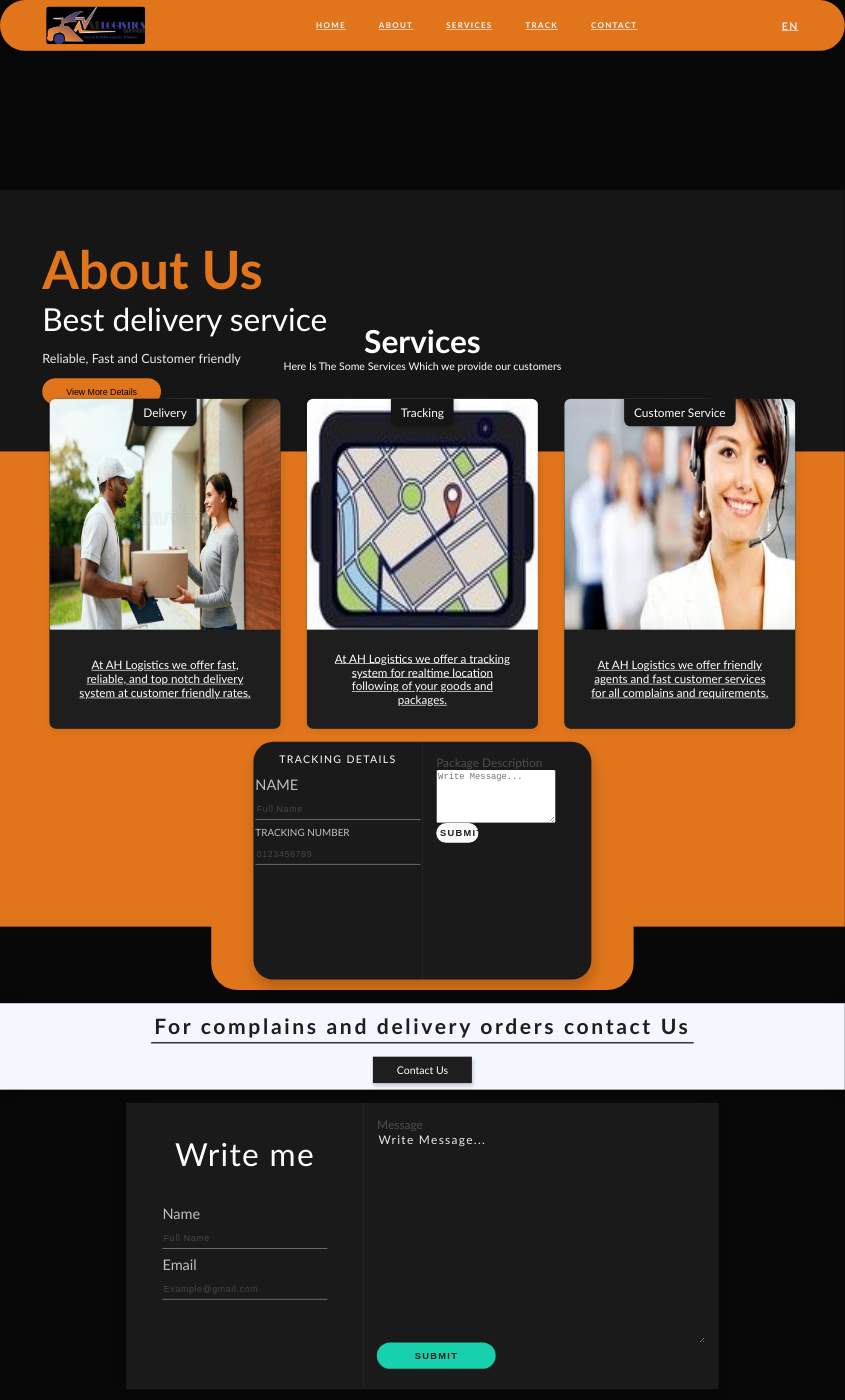
Repository: TheSecretlifeOfX/Ah-Logistics
Page: index.html
The author's editor kept a copy of each file at every save. The page is drawn from the files as they stood at one save, then again after the next save.
The browser window is 1280 px wide. The pictures show the whole page, at 66% of full size.

Above is the page before, as saved 2022-03-02 16:19:20.

### index.html
<html>
<head>
<meta charset="utf-8">
<meta http-equiv="X-UA-Compatible" content="IE-edge">
<meta name="viewport" content="width=device-width, intial-scale=1.0">
<title>Logistics Website</title>
<link rel="stylesheet" href="./css/home.css">
</head>
<body>
<section id="main">
	<nav>
	<a href="#" class="logo"><img src="images/logo.jpg"></a>
	<div class="toggle"></div>
	<ul class="menu">
	<li class="active"><a href="#main" >Home</a></li>
	<li><a href="#about">About</a></li>
	<li><a href="#services">Services</a></li>
	<li><a href="#Tracking-Form">Track</a></li>
    <li><a href="#contact-form">Contact</a></li>
	</ul>
	<a href="#" class="lang">En</a>
	</nav>
    </section>
</div>
<section id="about">
	<div class="about-text">
	<h1>About Us</h1>
	<h2>Best delivery service</h2>
	<p>Reliable, Fast and Customer friendly</p>
	<button>View More Details</button>
	</div>
</section>
<section id="services">
<div class="s-heading">
<h1>Services</h1>
<p>Here Is The Some Services Which we provide our customers</p>
</div>
<div class="b-container">
<div class="s-box">
<div class="s-b-img">
    <div class="s-type">Delivery</div>
    <img src="images/delivery.jpg">
</div>
<div class="s-b-text">
<a href="#">At AH Logistics we offer fast, reliable, and top notch delivery system at customer friendly rates.</a>
</div>
</div>
<div class="s-box">
<div class="s-b-img">
    <div class="s-type">Tracking</div>
    <img src="images/track.jpg">
</div>
<div class="s-b-text">
<a href="#">At AH Logistics we offer a tracking system for realtime location following of your goods and packages.</a>
</div>
</div>
<div class="s-box">
<div class="s-b-img">
    <div class="s-type">Customer Service</div>
    <img src="images/customer.jpg">
</div>
<div class="s-b-text">
<a href="#">At AH Logistics we offer friendly agents and fast customer services for all complains and requirements.</a>
</div>
</div>
</div>
</div>
<section id="Tracking-Form">
	<form>
	<!--left--------------------------------------->
	<div class="Track-left">
	<h1 class="T-heading">Tracking Details</h1>
	<div class="f-name">
	<font >Name</font>
	<input type="text" placeholder="Full Name"/>
	</div>
	<div class="f-num">
	<font >Tracking Number</font>
	<input type="Number" placeholder="0123456789"/>
	</div>
	</div>
	<div class="Track-right">

	<div class="Description">
	<font >Package Description</font>
	<textarea name="message" rows="5" cols="20" placeholder="Write Message..."></textarea>
	<button>Submit</button>
	</div>
	</form>
	</section>
<section id="contact-btn">
	<h1 class="c-b-heading">For complains and delivery orders contact Us</h1>
		<button >Contact Us</button>
	</section>
<!--contact-form------------------->
<section id="contact-form">
<form>
<!--left--------------------------------------->
<div class="contact-left">
<h1 class="c-l-heading">Write me</h1>
<div class="f-name">
<font >Name</font>
<input type="text" placeholder="Full Name"/>
</div>
<div class="f-email">
<font >Email</font>
<input type="email" placeholder="Example@gmail.com"/>
</div>
</div>
<div class="contact-right">

<div class="message">
<font >Message</font>
<textarea name="message" rows="5" cols="20" placeholder="Write Message..."></textarea>
<button>Submit</button>
</div>
</form>
</section>
</section>
</body>
</html>

### css/home.css
body{
	margin:0px;
	padding:0px;
	background-color: #080808;
	background-size: 100%;
	min-height: 100vh;
	}
	#main{
		width:100%;
		height: 40vh;
		}
		nav{
			display:flex;
			justify-content: space-between;
			align-items: center;
			text-transform: uppercase;
			font-weight: 600;
			letter-spacing: 2px;
			font-family: calibri;
			top: 0;
			left: 10px;
			width:100%;
			box-sizing: border-box;
			padding: 5px 70px;
			background-color:#e0751c;
			box-shadow:2px 2px 12px rgba(0,0,0,0.05);
			z-index: 1;
			border-radius: 50px;
			}
			.menu{
			display: flex;

			}
			.menu li a{
			padding: 10px 25px;
			color:#f8f8fa;
			font-size: 12px;
			display:inline-block;
			}
			li{display:inline-block}
			.lang{
			color:#f3ecec;
			}
			.logo > img {
				width: 100%;
				height: 100%;
				max-width: 150px;
				display: flex;
				justify-content: center;
				align-items: center;
				text-align: center;
				margin-left: 0px;
				border-radius: 5px;
				 }
			.toggle{
			display: none;
			}
			.menu li a:hover{
			background-color:#292929;
			color:#FFF!important;
			font-weight: bold;
			transition: all ease 0.4s;
			}
			.lang:hover{
				background-color:#292929;
			color:#FFF!important;
			font-weight: bold;
			transition: all ease 0.4s;
			}
			#about{
				width:100%;
				height: 55vh;
				background-color:#161616;
				box-sizing: border-box;
				display: flex;
				align-items: center;
				justify-content: space-between;
				padding: 0px 5% 0px 5%;
			}
			.about-text{
				font-family: calibri;
				width: 50%;
			}
			.about-text h1{
				font-size: 5rem;
				color:#e0751c;
			}
			.about-text h2{
				font-size: 3rem;
				color:#FFFFFF;
				font-weight: 400;
			}
			.about-text h1,h2{
				margin: 0px;
				padding: 0px;
			}
			.about-text p{
				font-size: 1.2rem;
				color:rgba(255,255,255,0.90);

			}
			.about-text button{
				width: 180px;
				height: 40px;
				border-radius: 20px;
				border: none;
				outline: none;
				background-color:#e0751c;
			}
			.about-text button:hover{
				background-color: #FFFFFF;
				transition: all ease 0.3s;
			}
			#services{
				width:100%;
			height:100vh;
			box-sizing: border-box;
			font-family: calibri;
			display: flex;
			flex-direction: column;
			align-items: center;
			justify-content: center;
			padding-top: 500px ;
			background-color:#e0751c;
		}

		.s-heading h1{
			color:#FFFFFF;
			font-size: 3rem;
			margin: 0px;
			padding: 0px;

		}
		.s-heading p{
			color:rgb(255, 255, 255);
			font-size: 1rem;
			margin: 0px;
			padding: 0px;
		}
		.s-heading{
			text-align: center;
			margin: 20px 0px;
		}
		.s-box{
			background-color: #2B2B2B;
			width:350px;
			height: 500px;
			margin: 20px;
			border-radius: 10px;
			overflow: hidden;
			box-shadow: 2px 2px 12px rgba(0,0,0,0.1);
			position: relative;
		}
		.b-container{
			display: flex;
			justify-content: center;
			align-content: center;


		}
		.s-b-img{
			width: 100%;
			height: 70%;

		}
		.s-b-img img{
			width:100%;
			height: 100%;

		}
		.s-b-text{
			width: 100%;
			height: 30%;
			background-color:#1E1E1E;
			display:flex;
			justify-content: center;
			align-items: center;
			text-align: center;
		}
		.s-b-text a{
			margin: 0px;
			color:#FFFFFF;
			font-size: 1.1rem;
			font-family: calibri;
			display: block;
			display: -webkit-box;
			max-width: 80%;
			-webkit-line-clamp: 4;
			-webkit-box-orient: vertical;
			overflow: hidden;
			text-overflow: ellipsis;
		}
		.s-b-text a:hover{
			color:rgba(255,255,255,0.50)
		}
		.s-type{
			font-family: calibri;
			color:#FFFFFF;
			background-color: #151515;
			padding: 10px 15px;
			position: absolute;
			top: 0px;
			left: 50%;
			transform: translateX(-50%);
			font-size: 18px;
			border-radius: 0px 0px 10px 10px;
			box-shadow: 2px 2px 12px rgba(0,0,0,0.2);
		}
		.s-box:hover{
			transform:translateY(-10px);
			transition: all ease 0.3s;

		}
		#Tracking-Form{
			width: 50%;
			height: 100vh;
			display: flex;
			justify-content: center;
			align-items: center;
			background-color:#e0751c;
			border-radius: 40px;
		}
		#Tracking-Form form{
			display: flex;
			width: 80%;
			height: 50vh;
			background-color: #1A1A1A;
			box-shadow: 2px 12px 20px rgba(0,0,0,0.2);
			border-radius: 30px
		}
		.Track-left{
			width: 80%;
			height: 50%;
			display: flex;
			flex-direction: column;
			align-items: center;
			text-transform: uppercase;
		}
		.Track-right{
			width: 80%;
			height: 100%;
			box-sizing: border-box;
			display: flex;
			flex-direction: column;
			justify-content: space-between;
			border-left: 1px solid rgba(255,255,255,0.08);
		}
		.Track-right button{
			width: 30%;
			height: 30px;
			background-color: #faf9f9;
			font-weight: bold;
			outline: none;
			border: none;
			margin: 0px;
			color:#1B1B1B;
			font-size: 14px;
			text-transform: uppercase;
			letter-spacing: 2px;
			border-radius: 40px;
		}
		.T-Heading{
			font-family: calibri;
			color:#fffefe;
			font-size: 1rem;
			letter-spacing: 2px;
			font-weight: 400;
		}
		.f-name,.f-num{
			display: flex;
			flex-direction: column;
			font-family: calibri;
		}
		.f-name font,.f-num font{
			color:#BFBFBF;
			font-size: 15px;
		}
		.f-name input,.f-num input{
			height: 30px;
			width:250px;
			border: none;
			outline: none;
			background-color:transparent;
			border-bottom: 1px solid #929292;
			color:#FFFFFF;
			margin: 10px 0px;
		}
		.f-num input::placeholder,
		.f-name input::placeholder{
			opacity: 0.5;
			letter-spacing: 1px;
		}
		.f-num input:focus,
		.f-num input:focus{
			border-bottom: 1px solid #0d0e0d;
			transition: all ease 0.5s;
		}.Description font{
			font-size: 18px;
			color:#4E4E4E;
			font-family: calibri;

		}
		.Description{
			margin: 20px;
		}
		#contact-btn{
			width: 100%;
			display: flex;
			flex-direction: column;
			justify-content:center;
			align-items: center;
			height: 200px;
			background-color: #F4F7FF;
			margin: 20px 0px;
			box-sizing: border-box;
			box-shadow:2px 0px 20px rgba(0,0,0,0.4);
		}
		.c-b-heading{
			font-size: 2rem;
			color:#1E1E1E;
			font-family: calibri;
			margin: 10px;
			padding: 5px;
			letter-spacing: 4px;
			border-bottom: 2px solid #1E1E1E;

		}
		#contact-btn button{
			color:#FFFFFF;
			font-size: 1rem;
			font-family: calibri;
			width:150px;
			height: 40px;
			margin: 10px;
			background-color: #1E1E1E;
			border: none;
			outline: none;
			box-shadow: 2px 5px 6px rgba(0,0,0,0.2);
		}
		#contact-btn button:hover{
			background-color: #17d1ac;
			color:#000000;
			transition: all ease 0.5s;
			font-weight: bold;
		}
		#contact-form{
			width: 100%;
			height: 90vh;
			display: flex;
			justify-content: center;
			align-items: center;

		}
		#contact-form form{
			display: flex;
			width: 70%;
			height: 60vh;
			background-color: #1A1A1A;
			box-shadow: 2px 12px 20px rgba(0,0,0,0.2);
			border: 1px solid rgba(255,255,255,0.01)
		}

		.contact-left{
			width: 40%;
			height: 100%;
			display: flex;
			flex-direction: column;
			align-items: center;
		}
		.contact-right{
			width: 60%;
			height: 100%;
			box-sizing: border-box;
			display: flex;
			flex-direction: column;
			justify-content: space-between;
			border-left: 1px solid rgba(255,255,255,0.08);
		}
		.contact-right button{
			width: 100%;
			height: 50px;
			background-color: #e0751c;
			font-weight: bold;
			outline: none;
			border: none;
			margin: 0px;
			color:#1B1B1B;
			font-size: 14px;
			text-transform: uppercase;
			letter-spacing: 2px;

		}
		.c-l-heading{
			font-family: calibri;
			color:#FFFFFF;
			font-size: 3rem;
			letter-spacing: 2px;
			font-weight: 400;

		}
		.f-name,.f-email{
			display: flex;
			flex-direction: column;
			font-family: calibri;

		}
		.f-name font,.f-email font{
			color:#BFBFBF;
			font-size: 22px;
		}
		.f-name input,.f-email input{
			height: 30px;
			width:250px;
			border: none;
			outline: none;
			background-color:transparent;
			border-bottom: 1px solid #929292;
			color:#FFFFFF;
			margin: 10px 0px;
		}
		.f-email input::placeholder,
		.f-name input::placeholder{
			opacity: 0.5;
			letter-spacing: 1px;
		}
		.f-email input:focus,
		.f-name input:focus{
			border-bottom: 1px solid #0d0e0d;
			transition: all ease 0.5s;
		}.message font{
			font-size: 18px;
			color:#4E4E4E;
			font-family: calibri;

		}
		.message{
			margin: 20px;
		}
		.contact-right textarea{
			width: 100% !important;
			height: 320px !important;
			border: none;
			outline: none;
			background-color:transparent;
			box-sizing: border-box;
			color:#EBEBEB;
			font-size: 16px;
		}
		.contact-right textarea::placeholder{
			color:#EBEBEB;
			font-size: 18px;
			letter-spacing: 2px;
			font-family: calibri;
		}
		.contact-right button:active{
			transform: scale(1.04);
			transition: all ease 0.1s;
		}
		.message button{
			width: 180px;
			height: 40px;
			border-radius: 20px;
			border: none;
			outline: none;
			background-color:#17d1ac;
		}
		  .message button:hover{
			background-color: #d8d8e4;
			transition: all ease 0.3s;
		  }

After the next save:
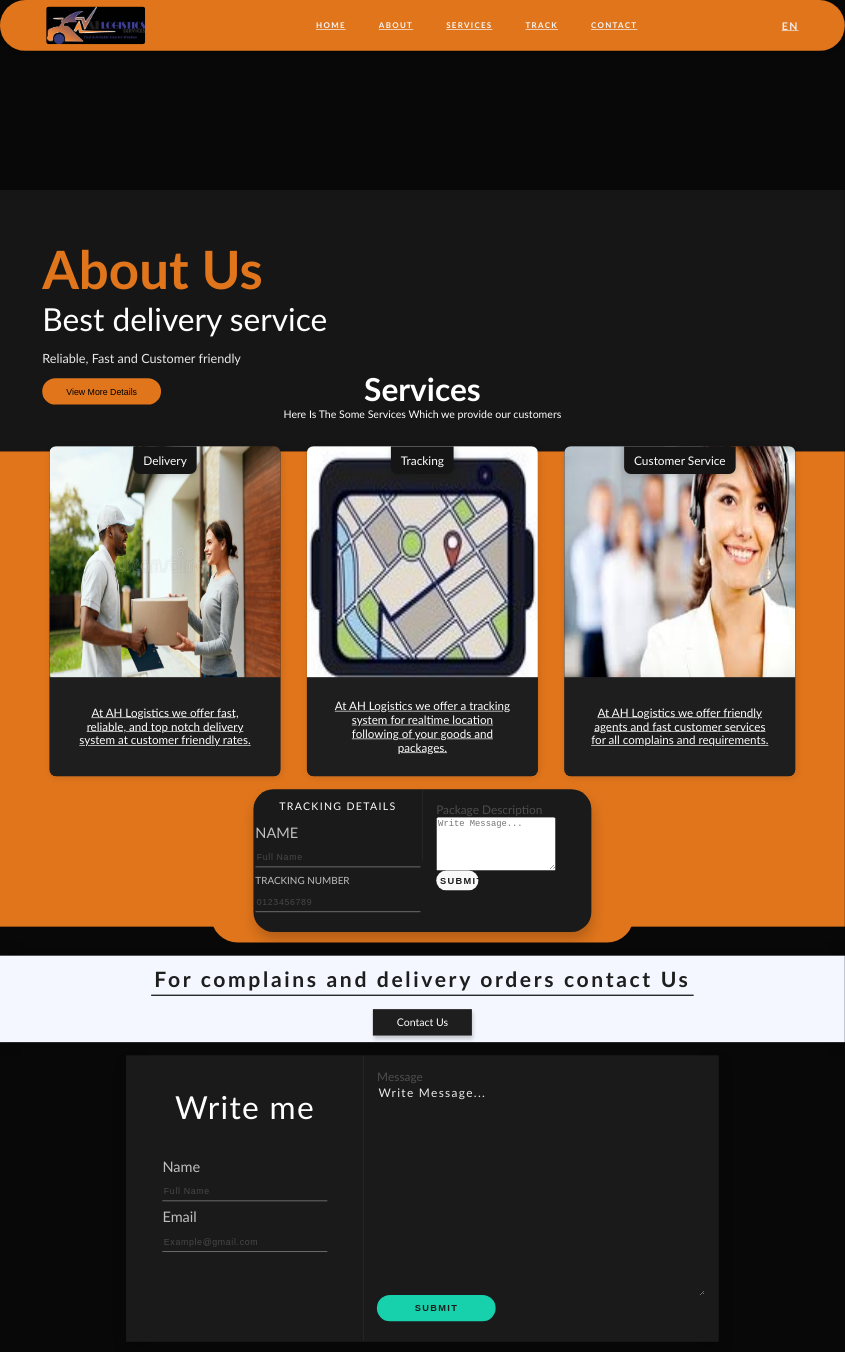
Saved 33 s later.
--- a/css/home.css
+++ b/css/home.css
@@ -223,7 +223,7 @@ body{
 		#Tracking-Form form{
 			display: flex;
 			width: 80%;
-			height: 50vh;
+			height: 30vh;
 			background-color: #1A1A1A;
 			box-shadow: 2px 12px 20px rgba(0,0,0,0.2);
 			border-radius: 30px
@@ -238,7 +238,7 @@ body{
 		}
 		.Track-right{
 			width: 80%;
-			height: 100%;
+			height: 50%;
 			box-sizing: border-box;
 			display: flex;
 			flex-direction: column;
